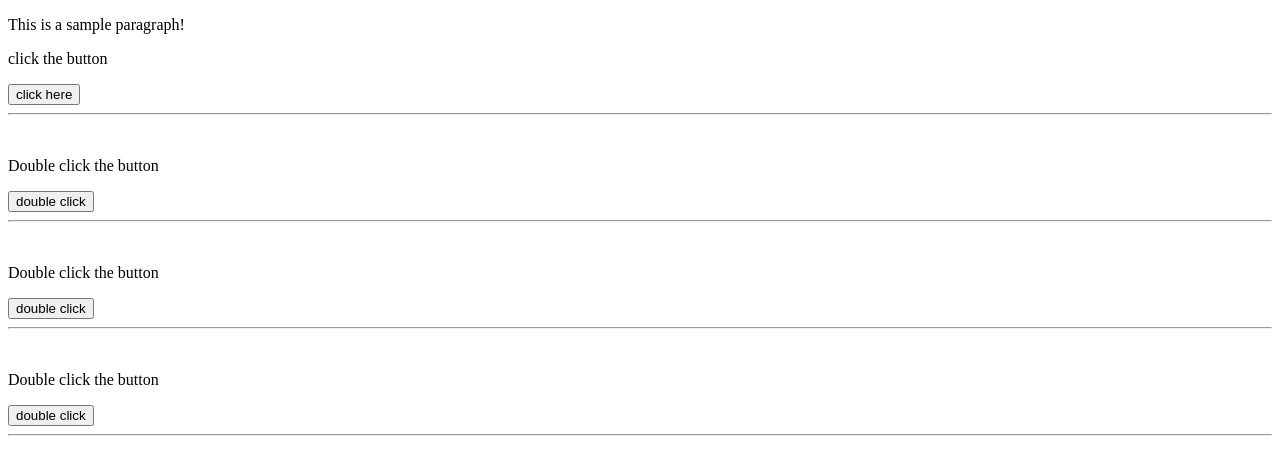
Repository: DhananjayaLakshan/Uom-Web_Design_For_Beginners
Page: Work02/index.html
An editor plug-in stored every save of this project. The page is shown before and after the next save, followed by the edit.
The browser window is 1280 px wide. The pictures show the whole page.

Above is the page before, as saved 2023-11-30 19:35:55.

After the next save:
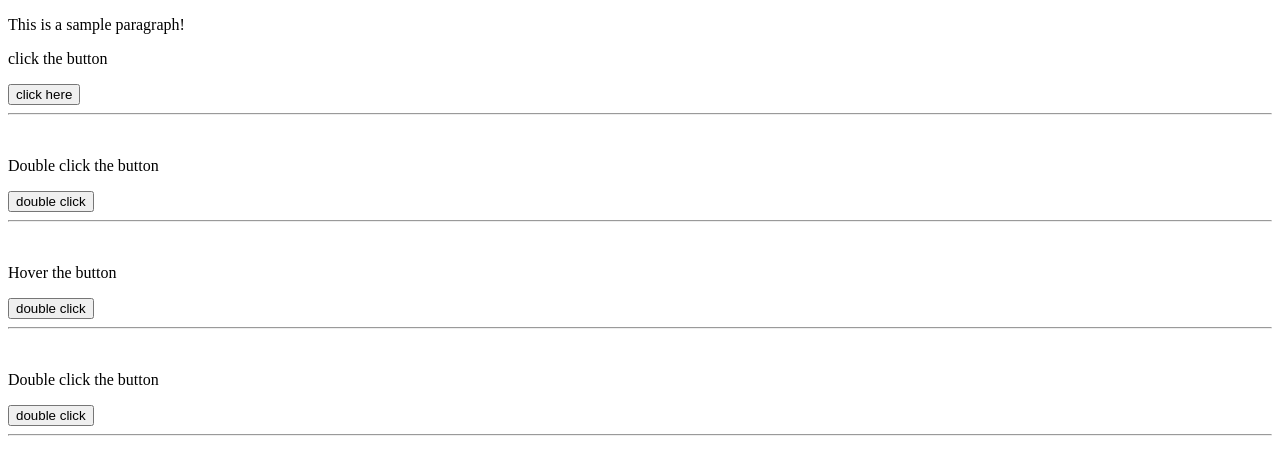
Saved 70 s later.
--- a/Work02/index.html
+++ b/Work02/index.html
@@ -35,12 +35,12 @@
     <button id="btn2">double click</button>
     <br><hr><br>
 
-    <p>Double click  the button</p>
-    <button id="btn2">double click</button>
+    <p>Hover the button</p>
+    <button id="btn3">double click</button>
     <br><hr><br>
 
     <p>Double click  the button</p>
-    <button id="btn2">double click</button>
+    <button id="btn4">double click</button>
     <br><hr><br>
 
     <script>
@@ -53,6 +53,12 @@
             $(this).hide();
         });
 
+        $('#btn3').dblclick(function(){
+            $(this).css('background-color','pink');
+        });
+
+
+
 
 
     </script>
